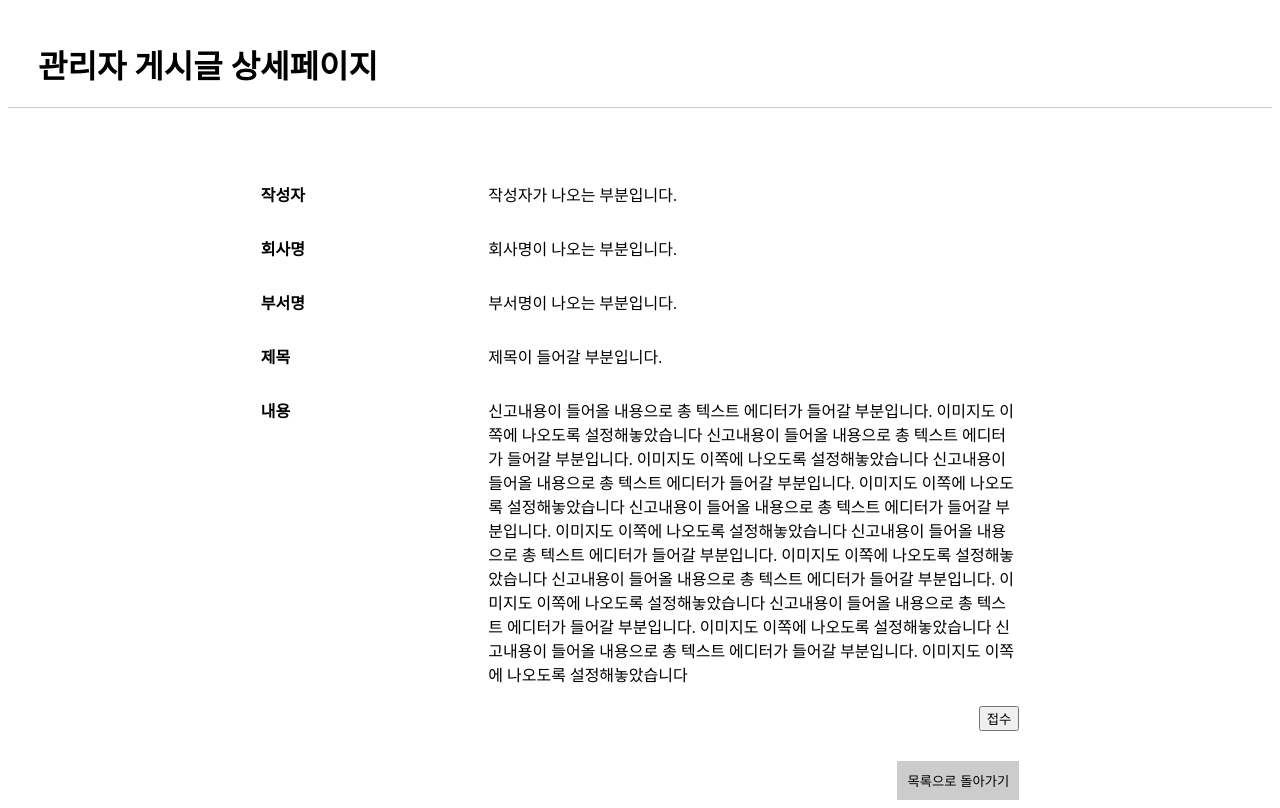
Repository: thdtjdgml415/exVoc
Page: /AdminView/1
An editor plug-in stored every save of this project. The page is shown before and after the next save, followed by the edit.
The browser window is 1280 px wide. The pictures show the whole page.
The project was rebuilt for these pictures with package versions that can differ from the ones it lists, and the page was loaded fresh each time. Also part of the build but not shown: src/components/table/CommonTable.css, src/components/table/CommonTable.js, src/components/table/CommonTableColumn.js, src/components/table/CommonTableRow.js, src/components/table/CommonTableWriteBtn.js, src/Page/PostList.js, src/Page/PostMain.js, src/Page/PostView.js and 4 more.

Above is the page before, as saved 2023-01-13 16:00:46.

After the next save:
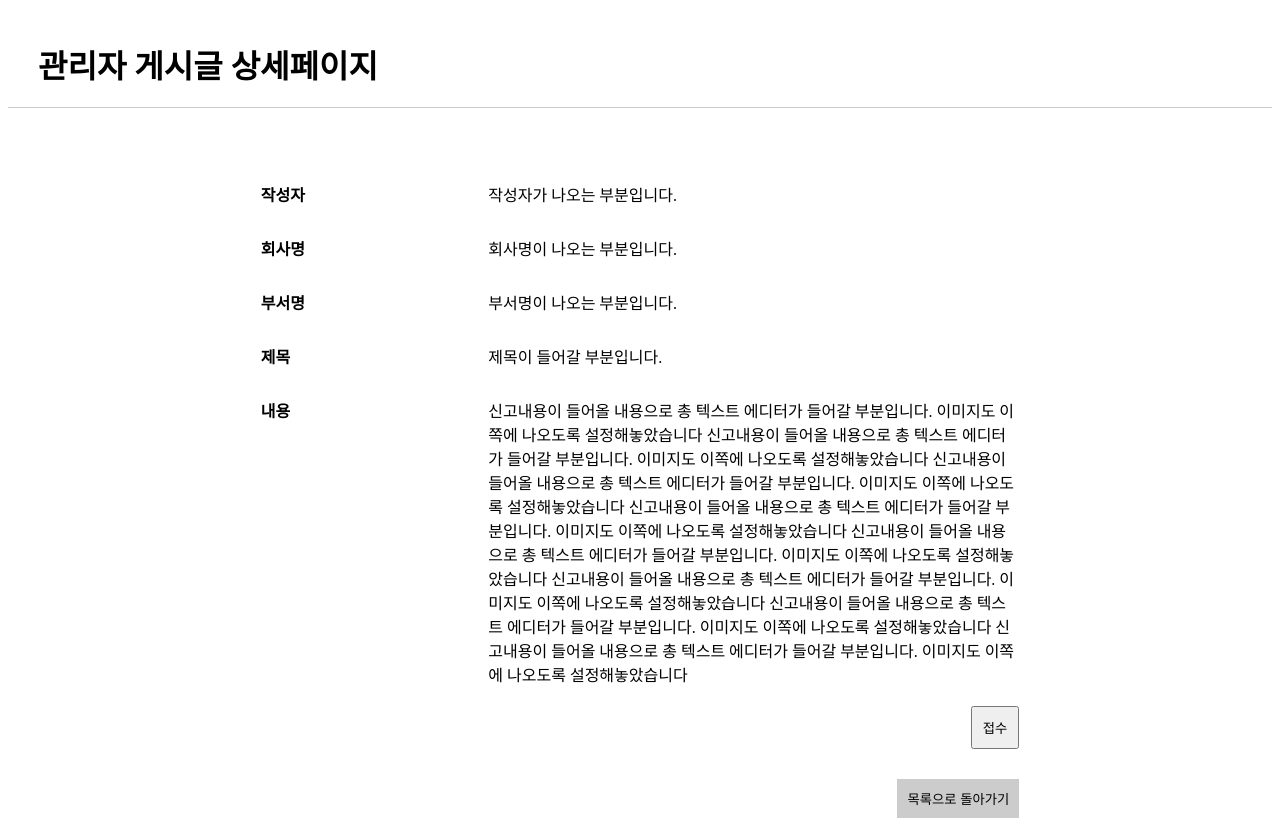
Saved 34 s later.
--- a/src/Page/Post.css
+++ b/src/Page/Post.css
@@ -33,3 +33,7 @@
     margin: 10px 0;
     width: 70%;
   }
+
+  .registBtn__admin {
+    padding: 10px;
+  }

After the save that followed:
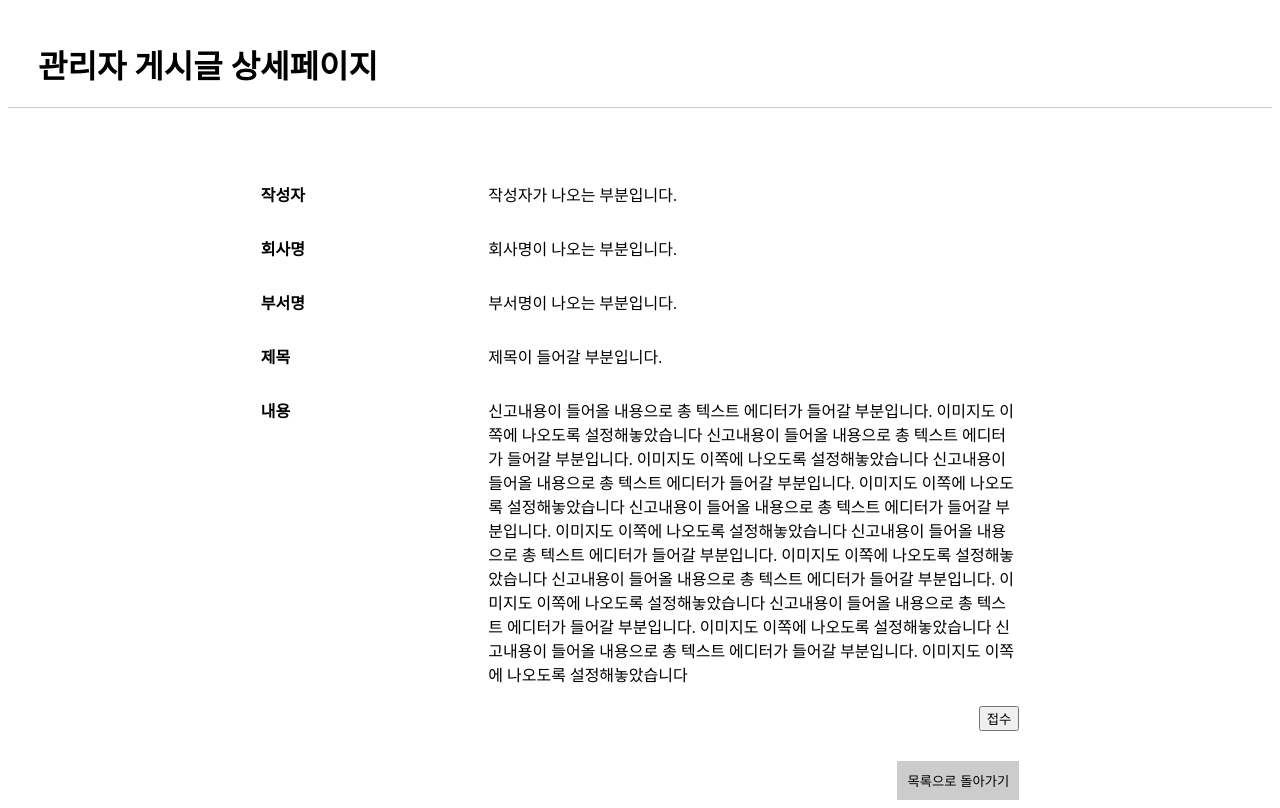
Saved 5 s later.
--- a/src/Page/Post.css
+++ b/src/Page/Post.css
@@ -35,5 +35,5 @@
   }
 
   .registBtn__admin {
-    padding: 10px;
+
   }
